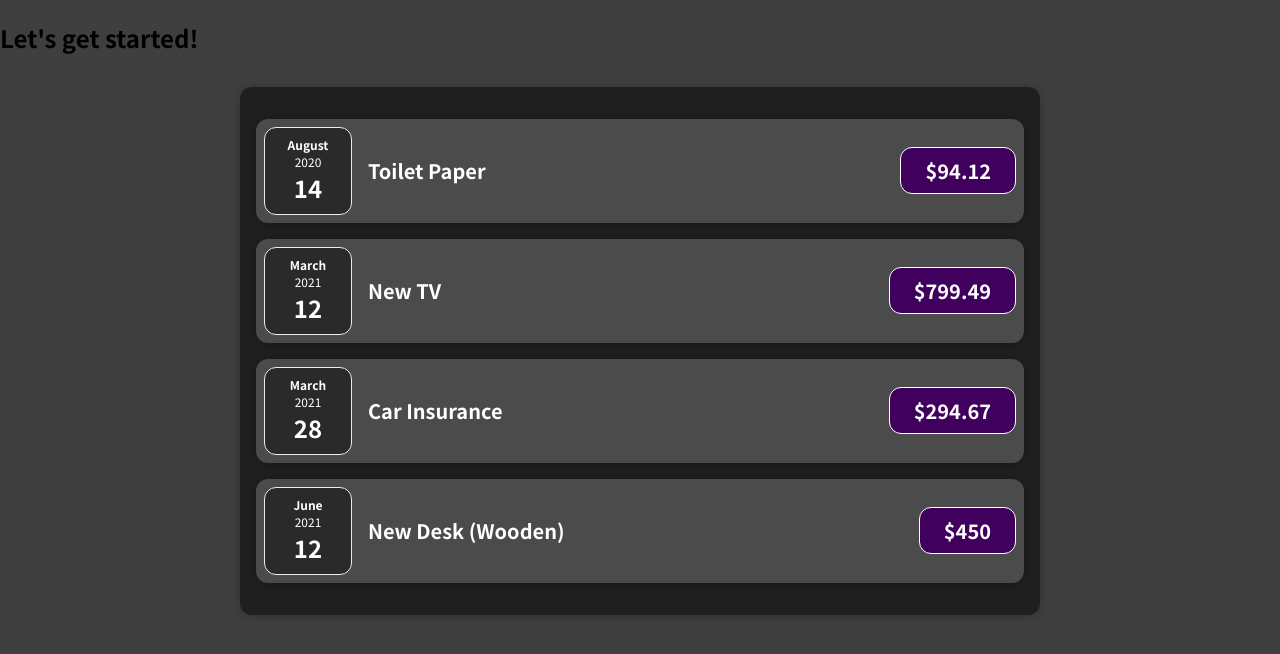
Repository: Dark-Developer93/react-complete-guide
Page: /
The author's editor kept a copy of each file at every save. The page is drawn from the files as they stood at one save, then again after a run of saves.
The browser window is 1280 px wide. The pictures show the whole page.
The project was rebuilt for these pictures with package versions that can differ from the ones it lists, and the page was loaded fresh each time.

Above is the page before, as saved 2022-11-04 21:50:35.

After the next 2 saves:
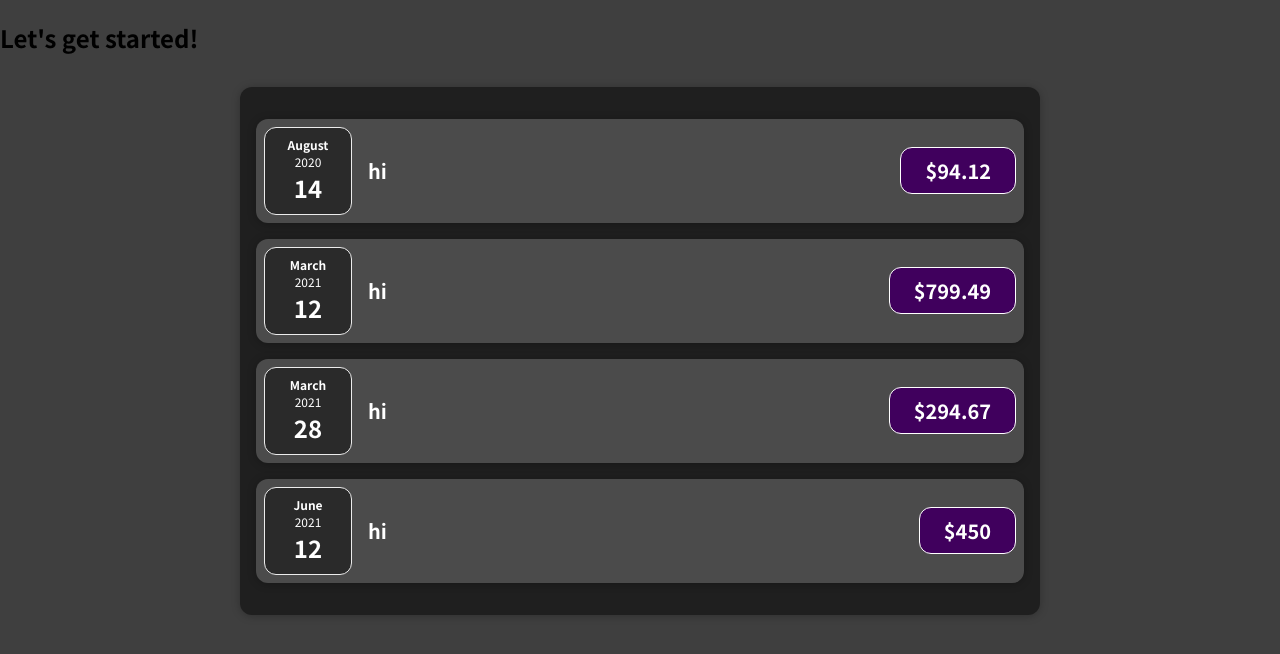
The 2 saves are shown as one change because 1 did not build or start.
The last was saved 32 s later.
--- a/src/components/Expenses/ExpenseItem.js
+++ b/src/components/Expenses/ExpenseItem.js
@@ -5,13 +5,13 @@
 import Card from "../UI/Card";
 
 const ExpenseItem = (props) => {
-  const [title, SetTitle] = useState(props.title);
+  // const [title, SetTitle] = useState(props.title);
   const { amount, date } = props;
   return (
     <Card className="expense-item">
       <ExpenseDate date={date} />
       <div className="expense-item__description">
-        <h2>{title}</h2>
+        <h2>hi</h2>
         <div className="expense-item__price">${amount}</div>
       </div>
     </Card>

After the save that followed:
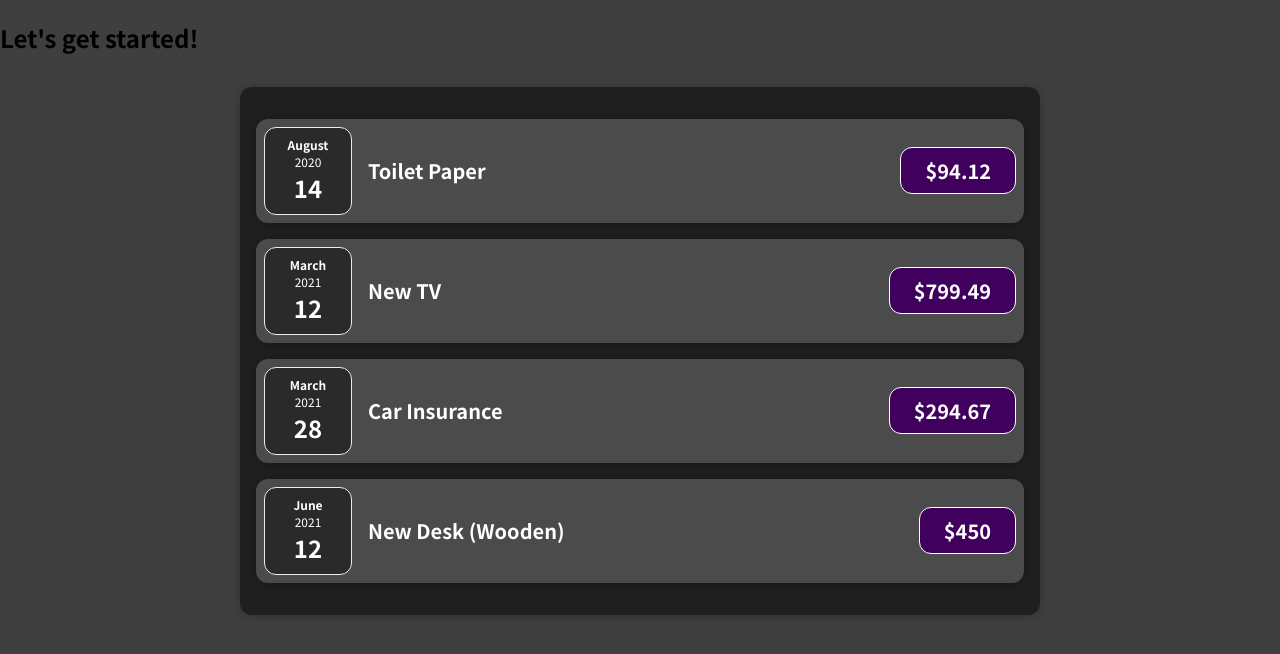
Saved 12 s later.
--- a/src/components/Expenses/ExpenseItem.js
+++ b/src/components/Expenses/ExpenseItem.js
@@ -5,13 +5,13 @@
 import Card from "../UI/Card";
 
 const ExpenseItem = (props) => {
-  // const [title, SetTitle] = useState(props.title);
+  const [title, SetTitle] = useState(props.title);
   const { amount, date } = props;
   return (
     <Card className="expense-item">
       <ExpenseDate date={date} />
       <div className="expense-item__description">
-        <h2>hi</h2>
+        <h2>{title}</h2>
         <div className="expense-item__price">${amount}</div>
       </div>
     </Card>
